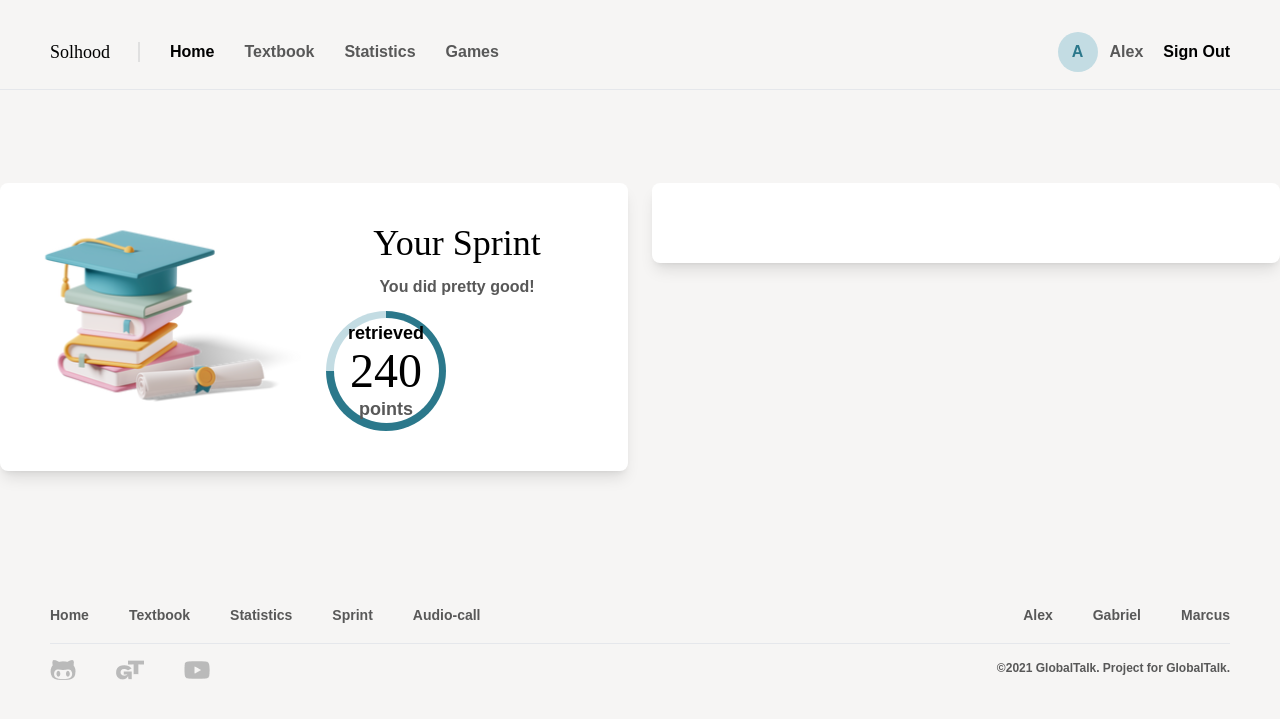
Repository: haudnn/solhood
Page: /result
An editor plug-in stored every save of this project. The page is shown before and after the next save, followed by the edit.
The browser window is 1280 px wide. The pictures show the whole page.
The project was rebuilt for these pictures with package versions that can differ from the ones it lists, and the page was loaded fresh each time. Also part of the build but not shown: src/pages/Game.tsx, src/pages/Home.tsx, src/pages/Sprint.tsx.

Above is the page before, as saved 2023-01-03 18:47:36.

### src/index.css
@tailwind base;
@tailwind components;
@tailwind utilities;

@import url('https://fonts.googleapis.com/css2?family=Dela+Gothic+One&family=Montserrat:wght@400;500;600;700&display=swap');

@layer components {
    html{
        scroll-behavior: smooth;
    }
    .app-container{
        width: 1180px !important;
        margin: 0 auto !important;
    }
    .wrapper {
        height: calc(100vh - 90px);
        overflow: hidden;
    }
    .line {
        position: relative;
    }
    .wrapper-calc {
        height: calc(100vh - 90px - 157px);
        overflow: hidden;
    }
    .circular-progess::before{
        content: "";
        position: absolute;
        height: 485px;
        width: 485px;
        border-radius: 50%;
        background-color: white;
    }
    .circular-progess-small::before{
        content: "";
        position: absolute;
        height: 105px;
        width: 105px;
        border-radius: 50%;
        background-color: white;
    }
    .line::before{
        position: absolute;
        content: "";
        right: -30px;
        border-right: 2px solid #e0e0e0 ;
        height: 20px;
        top: 50%;
        transform: translateY(-50%);
    }
    .line-long {
        position: relative;
    }
    .line-long::before{
        position: absolute;
        content: "";
        right: 0px;
        border-right: 2px solid #e0e0e0 ;
        height: 100%;
        top: 50%;
        transform: translateY(-50%);
    }
    .bridge::before {
        position: absolute;
        left:0;
        top:-16px;
        width: 100%;
        height: 20px;
        content:"";
        display: block;
    }
    .grid {
        width: 100%;
        display: block !important;
        padding: 0;
    }

    .grid.wide {
        max-width: 1200px;
        margin: 0 auto;
    }

    .row {
        display: flex;
        flex-wrap: wrap;
        margin-left: -4px;
        margin-right: -4px;
    }

    .row.no-gutters {
        margin-left: 0;
        margin-right: 0;
    }

    .col {
        padding-left: 4px;
        padding-right: 4px;
    }

    .row.no-gutters .col {
        padding-left: 0;
        padding-right: 0;
    }

    .c-0 {
        display: none;
    }

    .c-1 {
        flex: 0 0 8.33333%;
        max-width: 8.33333%;
    }

    .c-2 {
        flex: 0 0 16.66667%;
        max-width: 16.66667%;
    }

    .c-3 {
        flex: 0 0 25%;
        max-width: 25%;
    }

    .c-4 {
        flex: 0 0 33.33333%;
        max-width: 33.33333%;
    }

    .c-5 {
        flex: 0 0 41.66667%;
        max-width: 41.66667%;
    }

    .c-6 {
        flex: 0 0 50%;
        max-width: 50%;
    }

    .c-7 {
        flex: 0 0 58.33333%;
        max-width: 58.33333%;
    }

    .c-8 {
        flex: 0 0 66.66667%;
        max-width: 66.66667%;
    }

    .c-9 {
        flex: 0 0 75%;
        max-width: 75%;
    }

    .c-10 {
        flex: 0 0 83.33333%;
        max-width: 83.33333%;
    }

    .c-11 {
        flex: 0 0 91.66667%;
        max-width: 91.66667%;
    }

    .c-12 {
        flex: 0 0 100%;
        max-width: 100%;
    }

    .c-o-1 {
        margin-left: 8.33333%;
    }

    .c-o-2 {
        margin-left: 16.66667%;
    }

    .c-o-3 {
        margin-left: 25%;
    }

    .c-o-4 {
        margin-left: 33.33333%;
    }

    .c-o-5 {
        margin-left: 41.66667%;
    }

    .c-o-6 {
        margin-left: 50%;
    }

    .c-o-7 {
        margin-left: 58.33333%;
    }

    .c-o-8 {
        margin-left: 66.66667%;
    }

    .c-o-9 {
        margin-left: 75%;
    }

    .c-o-10 {
        margin-left: 83.33333%;
    }

    .c-o-11 {
        margin-left: 91.66667%;
    }

    /* >= Tablet */
    @media (min-width: 740px) {
        .row {
            margin-left: -8px;
            margin-right: -8px;
        }

        .col {
            padding-left: 8px;
            padding-right: 8px;
        }

        .m-0 {
            display: none;
        }

        .m-1,
        .m-2,
        .m-3,
        .m-4,
        .m-5,
        .m-6,
        .m-7,
        .m-8,
        .m-9,
        .m-10,
        .m-11,
        .m-12 {
            display: block;
        }

        .m-1 {
            flex: 0 0 8.33333%;
            max-width: 8.33333%;
        }

        .m-2 {
            flex: 0 0 16.66667%;
            max-width: 16.66667%;
        }

        .m-3 {
            flex: 0 0 25%;
            max-width: 25%;
        }

        .m-4 {
            flex: 0 0 33.33333%;
            max-width: 33.33333%;
        }

        .m-5 {
            flex: 0 0 41.66667%;
            max-width: 41.66667%;
        }

        .m-6 {
            flex: 0 0 50%;
            max-width: 50%;
        }

        .m-7 {
            flex: 0 0 58.33333%;
            max-width: 58.33333%;
        }

        .m-8 {
            flex: 0 0 66.66667%;
            max-width: 66.66667%;
        }

        .m-9 {
            flex: 0 0 75%;
            max-width: 75%;
        }

        .m-10 {
            flex: 0 0 83.33333%;
            max-width: 83.33333%;
        }

        .m-11 {
            flex: 0 0 91.66667%;
            max-width: 91.66667%;
        }

        .m-12 {
            flex: 0 0 100%;
            max-width: 100%;
        }

        .m-o-1 {
            margin-left: 8.33333%;
        }

        .m-o-2 {
            margin-left: 16.66667%;
        }

        .m-o-3 {
            margin-left: 25%;
        }

        .m-o-4 {
            margin-left: 33.33333%;
        }

        .m-o-5 {
            margin-left: 41.66667%;
        }

        .m-o-6 {
            margin-left: 50%;
        }

        .m-o-7 {
            margin-left: 58.33333%;
        }

        .m-o-8 {
            margin-left: 66.66667%;
        }

        .m-o-9 {
            margin-left: 75%;
        }

        .m-o-10 {
            margin-left: 83.33333%;
        }

        .m-o-11 {
            margin-left: 91.66667%;
        }
    }

    /* PC medium resolution > */
    @media (min-width: 1113px) {
        .row {
            margin-left: -12px;
            margin-right: -12px;
        }

        .row.sm-gutter {
            margin-left: -5px;
            margin-right: -5px;
        }

        .col {
            padding-left: 12px;
            padding-right: 12px;
        }

        .row.sm-gutter .col {
            padding-left: 5px;
            padding-right: 5px;
        }

        .l-0 {
            display: none;
        }

        .l-1,
        .l-2,
        .l-2-4,
        .l-3,
        .l-4,
        .l-5,
        .l-6,
        .l-7,
        .l-8,
        .l-9,
        .l-10,
        .l-11,
        .l-12 {
            display: block;
        }

        .l-1 {
            flex: 0 0 8.33333%;
            max-width: 8.33333%;
        }

        .l-2 {
            flex: 0 0 16.66667%;
            max-width: 16.66667%;
        }

        .l-2-4 {
            flex: 0 0 20%;
            max-width: 20%;
        }

        .l-3 {
            flex: 0 0 25%;
            max-width: 25%;
        }

        .l-4 {
            flex: 0 0 33.33333%;
            max-width: 33.33333%;
        }

        .l-5 {
            flex: 0 0 41.66667%;
            max-width: 41.66667%;
        }

        .l-6 {
            flex: 0 0 50%;
            max-width: 50%;
        }

        .l-7 {
            flex: 0 0 58.33333%;
            max-width: 58.33333%;
        }

        .l-8 {
            flex: 0 0 66.66667%;
            max-width: 66.66667%;
        }

        .l-9 {
            flex: 0 0 75%;
            max-width: 75%;
        }

        .l-10 {
            flex: 0 0 83.33333%;
            max-width: 83.33333%;
        }

        .l-11 {
            flex: 0 0 91.66667%;
            max-width: 91.66667%;
        }

        .l-12 {
            flex: 0 0 100%;
            max-width: 100%;
        }

        .l-o-1 {
            margin-left: 8.33333%;
        }

        .l-o-2 {
            margin-left: 16.66667%;
        }

        .l-o-3 {
            margin-left: 25%;
        }

        .l-o-4 {
            margin-left: 33.33333%;
        }

        .l-o-5 {
            margin-left: 41.66667%;
        }

        .l-o-6 {
            margin-left: 50%;
        }

        .l-o-7 {
            margin-left: 58.33333%;
        }

        .l-o-8 {
            margin-left: 66.66667%;
        }

        .l-o-9 {
            margin-left: 75%;
        }

        .l-o-10 {
            margin-left: 83.33333%;
        }

        .l-o-11 {
            margin-left: 91.66667%;
        }
    }

    /* Tablet - PC low resolution */
    @media (min-width: 740px) and (max-width: 1023px) {
        .wide {
            width: 644px;
        }
    }

    /* > PC low resolution */
    @media (min-width: 1024px) and (max-width: 1239px) {
        .wide {
            width: 984px;
        }

        .wide .row {
            margin-left: -12px;
            margin-right: -12px;
        }

        .wide .row.sm-gutter {
            margin-left: -5px;
            margin-right: -5px;
        }

        .wide .col {
            padding-left: 12px;
            padding-right: 12px;
        }

        .wide .row.sm-gutter .col {
            padding-left: 5px;
            padding-right: 5px;
        }

        .wide .l-0 {
            display: none;
        }

        .wide .l-1,
        .wide .l-2,
        .wide .l-2-4,
        .wide .l-3,
        .wide .l-4,
        .wide .l-5,
        .wide .l-6,
        .wide .l-7,
        .wide .l-8,
        .wide .l-9,
        .wide .l-10,
        .wide .l-11,
        .wide .l-12 {
            display: block;
        }

        .wide .l-1 {
            flex: 0 0 8.33333%;
            max-width: 8.33333%;
        }

        .wide .l-2 {
            flex: 0 0 16.66667%;
            max-width: 16.66667%;
        }

        .wide .l-2-4 {
            flex: 0 0 20%;
            max-width: 20%;
        }

        .wide .l-3 {
            flex: 0 0 25%;
            max-width: 25%;
        }

        .wide .l-4 {
            flex: 0 0 33.33333%;
            max-width: 33.33333%;
        }

        .wide .l-5 {
            flex: 0 0 41.66667%;
            max-width: 41.66667%;
        }

        .wide .l-6 {
            flex: 0 0 50%;
            max-width: 50%;
        }

        .wide .l-7 {
            flex: 0 0 58.33333%;
            max-width: 58.33333%;
        }

        .wide .l-8 {
            flex: 0 0 66.66667%;
            max-width: 66.66667%;
        }

        .wide .l-9 {
            flex: 0 0 75%;
            max-width: 75%;
        }

        .wide .l-10 {
            flex: 0 0 83.33333%;
            max-width: 83.33333%;
        }

        .wide .l-11 {
            flex: 0 0 91.66667%;
            max-width: 91.66667%;
        }

        .wide .l-12 {
            flex: 0 0 100%;
            max-width: 100%;
        }

        .wide .l-o-1 {
            margin-left: 8.33333%;
        }

        .wide .l-o-2 {
            margin-left: 16.66667%;
        }

        .wide .l-o-3 {
            margin-left: 25%;
        }

        .wide .l-o-4 {
            margin-left: 33.33333%;
        }

        .wide .l-o-5 {
            margin-left: 41.66667%;
        }

        .wide .l-o-6 {
            margin-left: 50%;
        }

        .wide .l-o-7 {
            margin-left: 58.33333%;
        }

        .wide .l-o-8 {
            margin-left: 66.66667%;
        }

        .wide .l-o-9 {
            margin-left: 75%;
        }

        .wide .l-o-10 {
            margin-left: 83.33333%;
        }

        .wide .l-o-11 {
            margin-left: 91.66667%;
        }
    }
}

### src/App.tsx
import "./App.css";
import { BrowserRouter } from 'react-router-dom';
import RouterConfig from './config/RouterConfig';
import Footer from "./components/Layout/Footer";
import Header from "./components/Layout/Header";
function App() {
  return (
    <div className="App font-montserrat">
      <BrowserRouter>
        <Header />
        <RouterConfig/>
        <Footer/>
      </BrowserRouter>
    </div>
  );
}

export default App;

### src/config/RouterConfig.tsx
import React from 'react'
import { Routes, Route } from 'react-router-dom';
import {router} from '../constants';
const RouterConfig = () => {
  return (
    <Routes>
    {router.map(({ path, component }) => (
      <Route key={path} path={path} element={component} />
    ))}
  </Routes>
  )
}

export default RouterConfig

### src/components/Layout/Footer.tsx
import React from "react";
import github from '../../assets/imgs/github.png';
import GT from '../../assets/imgs/GT.png'
import youtube from '../../assets/imgs/youtube.png'
const Footer = () => {
  return (
    <footer>
      <div className="bg-greyligt py-[40px]">
        <div className="app-container">
          <div className="pb-4 border-b border-solid boder-[greymedium]">
            <div className="grid">
              <div className="row">
                <div className="col l-6">
                  <ul className="flex items-center gap-x-10">
                    <li>
                      <a
                        className="text-sm font-semibold text-greydark"
                        href="/"
                      >
                        Home
                      </a>
                    </li>
                    <li>
                      <a
                        className="text-sm font-semibold text-greydark"
                        href="/"
                      >
                        Textbook
                      </a>
                    </li>
                    <li>
                      <a
                        className="text-sm font-semibold text-greydark"
                        href="/"
                      >
                        Statistics
                      </a>
                    </li>
                    <li>
                      <a
                        className="text-sm font-semibold text-greydark"
                        href="/"
                      >
                        Sprint
                      </a>
                    </li>
                    <li>
                      <a
                        className="text-sm font-semibold text-greydark"
                        href="/"
                      >
                        Audio-call
                      </a>
                    </li>
                  </ul>
                </div>
                <div className="col l-6">
                  <ul className="flex items-center justify-end gap-x-10">
                    <li>
                      <a
                        className="text-sm font-semibold text-greydark"
                        href="/"
                      >
                        Alex
                      </a>
                    </li>
                    <li>
                      <a
                        className="text-sm font-semibold text-greydark"
                        href="/"
                      >
                        Gabriel
                      </a>
                    </li>
                    <li>
                      <a
                        className="text-sm font-semibold text-greydark"
                        href="/"
                      >
                        Marcus
                      </a>
                    </li>
                  </ul>
                </div>
              </div>
            </div>
          </div>
          <div className="pt-4">
            <div className="grid">
              <div className="row">
                <div className="col l-6">
                  <ul className="flex items-center gap-x-10">
                    <li>
                      <a href="/">
                        <img src={github} alt="" />
                      </a>
                    </li>
                    <li>
                      <a href="/">
                        <img src={GT} alt="" />
                      </a>
                    </li>
                    <li>
                      <a href="/">
                        <img src={youtube} alt="" />
                      </a>
                    </li>
                  </ul>
                </div>
                <div className="col l-6">
                  <div className="flex items-center justify-end">
                    <span className="text-xs font-semibold text-greydark ">
                      ©2021 GlobalTalk. Project for GlobalTalk.
                    </span>
                  </div>
                </div>
              </div>
            </div>
          </div>
        </div>
      </div>
    </footer>
  );
};

export default Footer;

### src/components/Layout/Header.tsx
import React from "react";

const Header = () => {
  return (
      <header className="py-8 border-b border-solid border-[grey-dark] bg-greyligt max-h-[90px]">
        <div className="app-container">
          <div className="grid">
            <div className="row">
              <div className="col l-6">
                <div className="flex items-center gap-x-[60px] h-full">
                  <div className="line">
                    <a href="/" className="text-lg text-black font-dela">Solhood</a>
                  </div>
                  <div className="">
                    <ul className="flex items-center gap-x-[30px]">
                      <li>
                        <a
                          className="text-base font-semibold text-black"
                          href="/"
                        >
                          Home
                        </a>
                      </li>
                      <li>
                        <a
                          className="text-base font-semibold text-greydark"
                          href="/"
                        >
                          Textbook
                        </a>
                      </li>
                      <li>
                        <a
                          className="text-base font-semibold text-greydark"
                          href="/"
                        >
                          Statistics
                        </a>
                      </li>
                      <li className="relative group">
                        <a
                          className="text-base font-semibold text-greydark"
                          href="/"
                        >
                          Games
                        </a>
                        <div className="z-10 group-hover:block hidden absolute bg-white rounded-xl shadow-lg w-[215px] p-5 top-10 bridge">
                          <ul>
                            <li className="mb-2 text-base font-semibold text-greydark">
                              <a href="/sprint">Sprint</a>
                            </li>
                            <li>
                              <a href="/" className="text-base font-semibold text-greydark">Audio call</a>
                            </li>
                          </ul>
                        </div>
                      </li>
                    </ul>
                  </div>
                </div>
              </div>
              <div className="col l-6">
                <div className="flex justify-end">
                  <div className="flex items-center mr-5 gap-x-3">
                    <div className="flex items-center justify-center w-10 h-10 rounded-[50%] bg-cyanlight">
                      <span className="text-base font-semibold text-cyandark">
                        A
                      </span>
                    </div>
                    <span className="text-base font-semibold text-greydark">
                      Alex
                    </span>
                  </div>
                  <div className="flex items-center">
                    <a href="/" className="text-base font-semibold text-black">
                      Sign Out
                    </a>
                  </div>
                </div>
              </div>
            </div>
          </div>
        </div>
      </header>
  );
};

export default Header;

### src/constants/index.ts
import router from "./router"

export {router}

### src/constants/router.tsx
import Game from "../pages/Game";
import Home from "../pages/Home";
import Result from "../pages/Result";
import Sprint from "../pages/Sprint";
const router = [
 {
    path: '/',
    component: <Home />,
 },
 {
   path: '/sprint',
   component: <Sprint />,
 },
 {
  path: '/game',
   component: <Game />,
 },
 {
  path: '/result',
   component: <Result />,
 }

]
export default router;

### src/pages/Result.tsx
import React from "react";
import books from "../assets/imgs/books.svg";
const Result = () => {
  return (
    <div className="result bg-greyligt">
      <div className="flex items-center justify-center wrapper-calc">
        <div className="grid">
          <div className="row">
            <div className="col l-6">
              <div className="p-10 bg-white rounded-lg shadow-lg">
                <div className="grid">
                  <div className="row">
                    <div className="col l-6">
                      <div>
                        <img
                          src={books}
                          alt=""
                          className="object-cover w-full h-full"
                        />
                      </div>
                    </div>
                    <div className="col l-6">
                      <div>
                        <p className="mb-3 text-4xl font-dela">Your Sprint</p>
                        <p className="mb-3 text-base font-semibold text-greydark">
                          You did pretty good!
                        </p>
                        <div className="flex items-center justify-between">
                          <div>
                            <div style={{ background: `conic-gradient(#2b788b ${270}deg, #c3dce3 0deg)`, }} className="circular-progess-small relative w-[120px] h-[120px] rounded-[50%] flex items-center justify-center">
                              <div className="relative">
                                <div className="text-center">
                                  <p className="text-lg font-semibold">
                                    retrieved
                                  </p>
                                  <div className="flex flex-col items-center">
                                    <p className="text-5xl font-dela">240</p>
                                    <p className="text-lg font-semibold text-greydark">
                                      points
                                    </p>
                                  </div>
                                </div>
                              </div>
                            </div>
                          </div>
                        </div>
                      </div>
                    </div>
                  </div>
                </div>
              </div>
            </div>
            <div className="col l-6">
              <div className="p-10 bg-white rounded-lg shadow-lg"></div>
            </div>
          </div>
        </div>
      </div>
    </div>
  );
};

export default Result;

### tailwind.config.js
/** @type {import('tailwindcss').Config} */
module.exports = {
  content: ["./src/**/*.{html,jsx,js,tsx}"],
  theme: {
    fontFamily: {
      dela: ["Dela Gothic One", "cursive"],
      montserrat: ["Montserrat", "sans-serif"],
    },
    extend: {
      colors: {
        cyandesign: "#5996a5",
        cyandark: "#2b788b",
        cyanlight: "#c3dce3",
        pinkdesign: "#a15993",
        pinkdark: "#945069",
        pinklight: "#f2d4dc",
        black: "#000000",
        greyligt: "#f6f5f4",
        greymedium: "#e0e0e0",
        greyicon: "#bababa",
        greydark: "#585858",
        greendesign: "#639b6d",
        reddesign: "#a95151",
        yellowdesign: "#c4a24c",
        orangedesign: "#cb5b43",
      },
    },
  },
  plugins: [],
}

Loaded but not shown: public/index.html (common file); src/index.tsx (common file); src/App.css (common file)

After the next save:
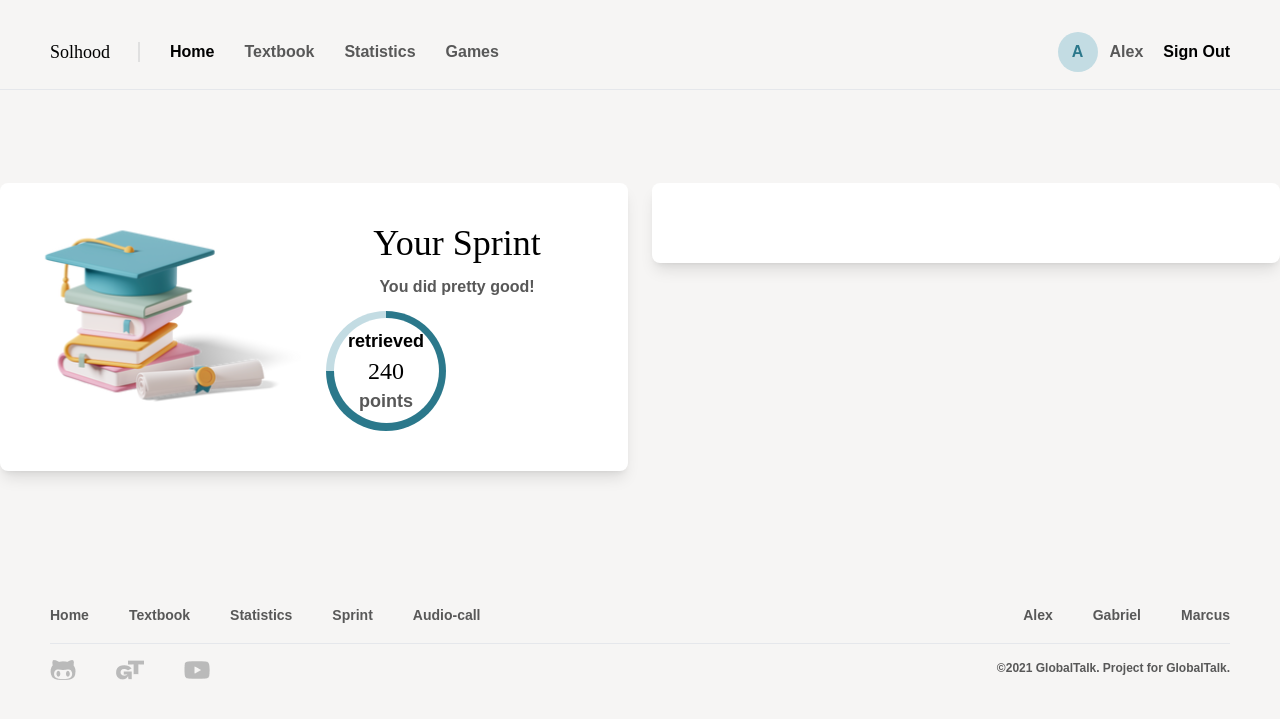
Saved 8 s later.
--- a/src/pages/Result.tsx
+++ b/src/pages/Result.tsx
@@ -34,7 +34,7 @@ const Result = () => {
                                     retrieved
                                   </p>
                                   <div className="flex flex-col items-center">
-                                    <p className="text-5xl font-dela">240</p>
+                                    <p className="text-2xl font-dela">240</p>
                                     <p className="text-lg font-semibold text-greydark">
                                       points
                                     </p>
